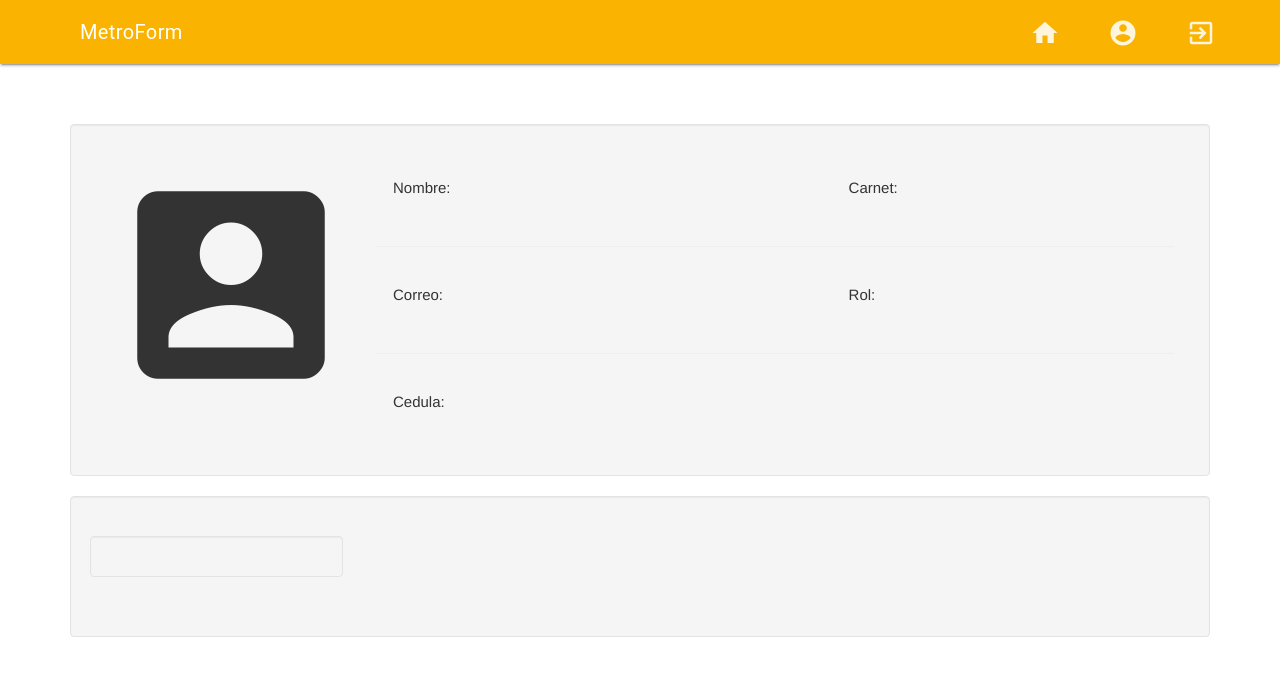
Repository: rodolfofranco/Metroform
Page: Vistas/Usuario.html
The author's editor kept a record of every edit. The page is drawn from the files as they stood at one moment, then again after the next edit.
The browser window is 1280 px wide. The pictures show the whole page.
The page's requests for data from a server got no answer. Some web libraries are served in a nearby version.

Above is the page before.

After the next edit:
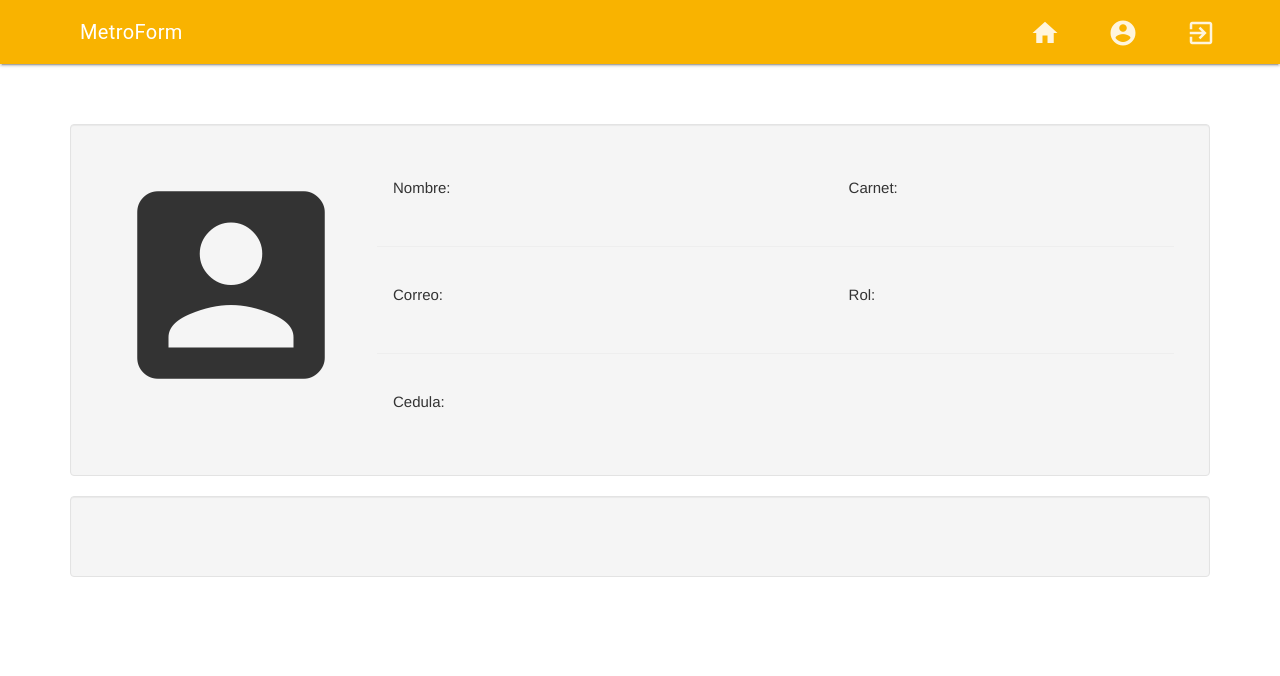
The edit:
--- a/Vistas/Usuario.html
+++ b/Vistas/Usuario.html
@@ -147,8 +147,8 @@
 
               </table>
 
-              <div class="well">
-        <center>
+             <br>
+
           <div class="row">
             <div class="col-sm-6" >
               <div id="titulo3">
